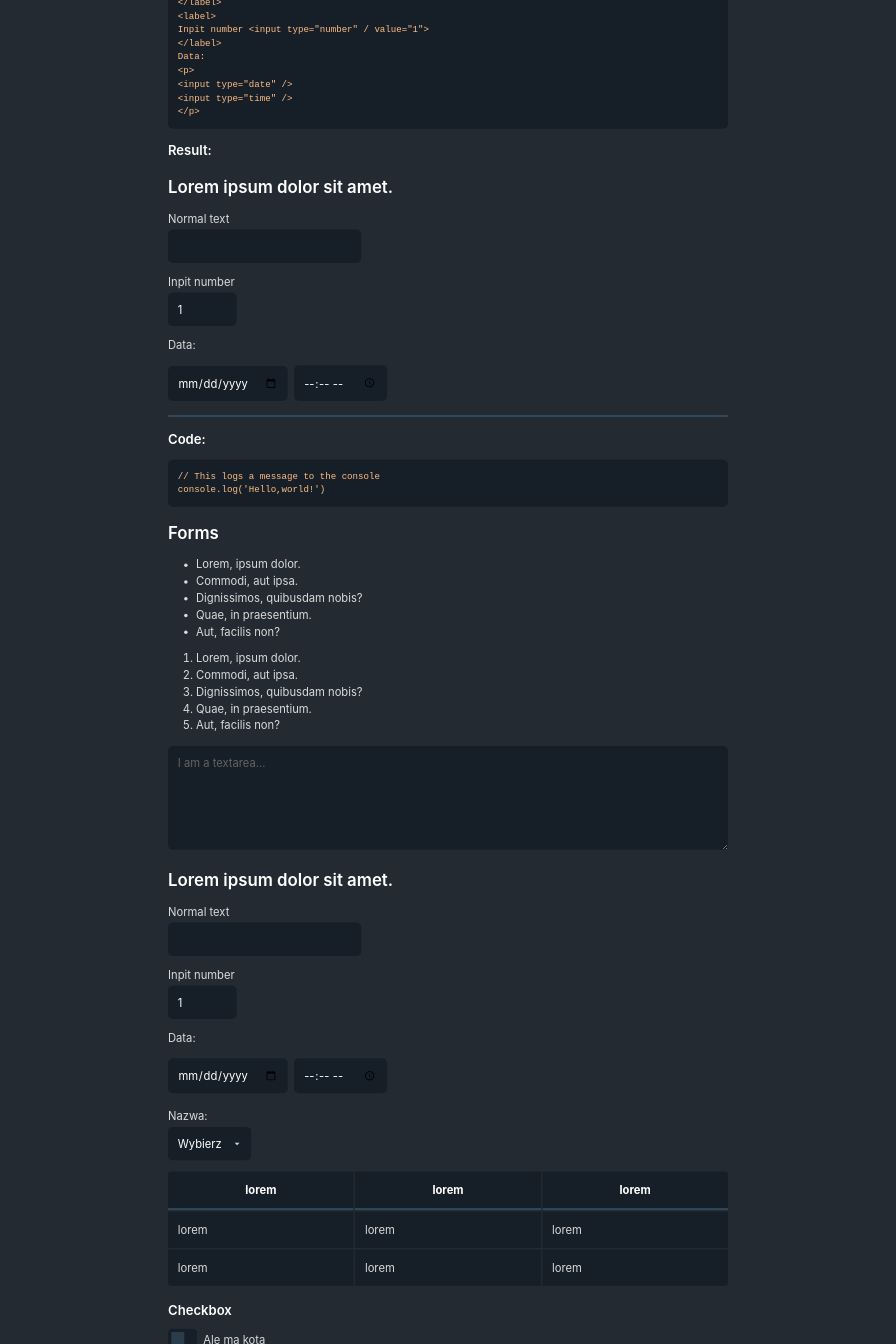
Repository: KozakBartosz/Draft
Page: index.html
These files come from the project's save history. The page is drawn as it stood at one moment and after the next save; the edit follows.
The browser window is 1280 px wide. The pictures show the part of the page from y = 617 to 2537 px (the page is 4529 px tall before and 4473 px after), at 70% of full size.

Above is the page before, as saved 2019-04-12 08:38:28.

After the next save:
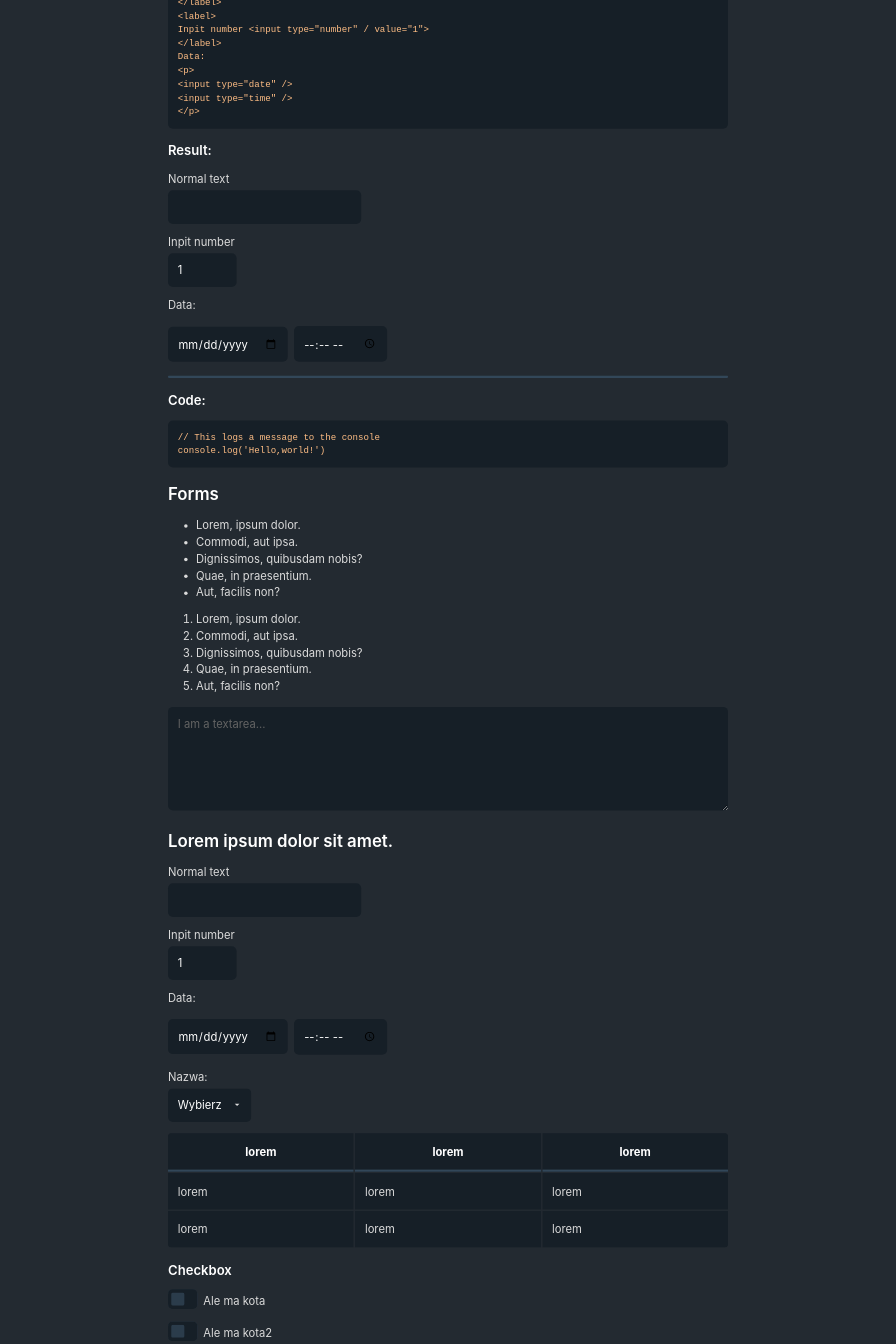
Saved 13 s later.
--- a/index.html
+++ b/index.html
@@ -37,7 +37,6 @@
 
 		<pre><code>&lt;label&gt;<br />Normal text<br />&lt;input type="text" /&gt;<br />&lt;/label&gt;<br />&lt;label&gt;<br />Inpit number &lt;input type="number" / value="1"&gt;<br />&lt;/label&gt;<br />Data:<br />&lt;p&gt;<br />&lt;input type="date" /&gt;<br />&lt;input type="time" /&gt;<br />&lt;/p&gt;</code></pre>
 		<h3>Result:</h3>
-		<h2>Lorem ipsum dolor sit amet.</h2>
 		<label>
 			Normal text
 			<input type="text" />
